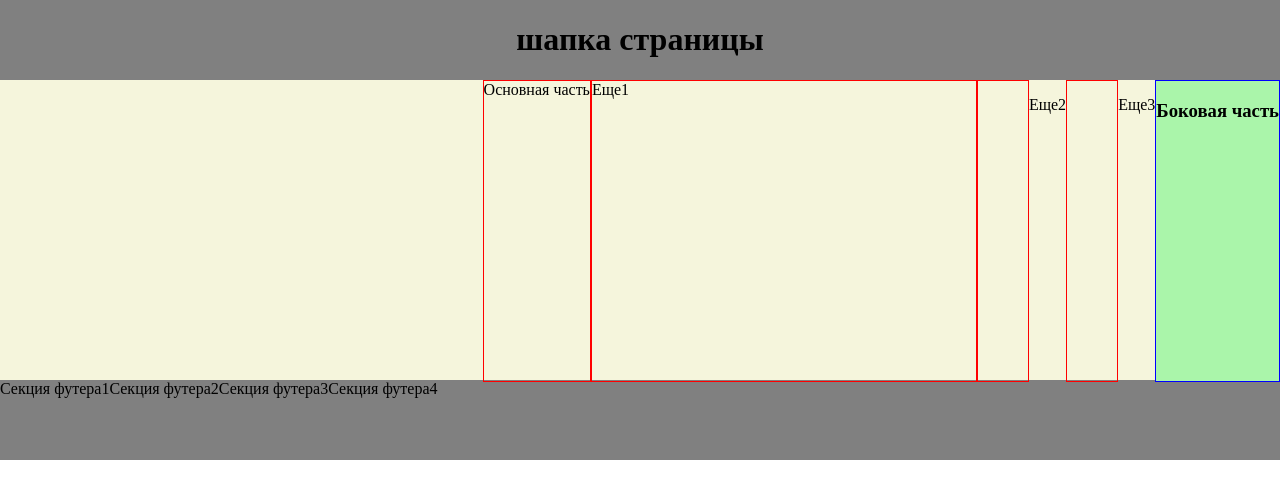
Repository: IrinaGetmanenko/week5
Page: week5/index.html
The author's editor kept a copy of each file at every save. The page is drawn from the files as they stood at one save, then again after the next save.
The browser window is 1280 px wide. The pictures show the whole page.

Above is the page before, as saved 2022-08-28 13:23:45.

After the next save:
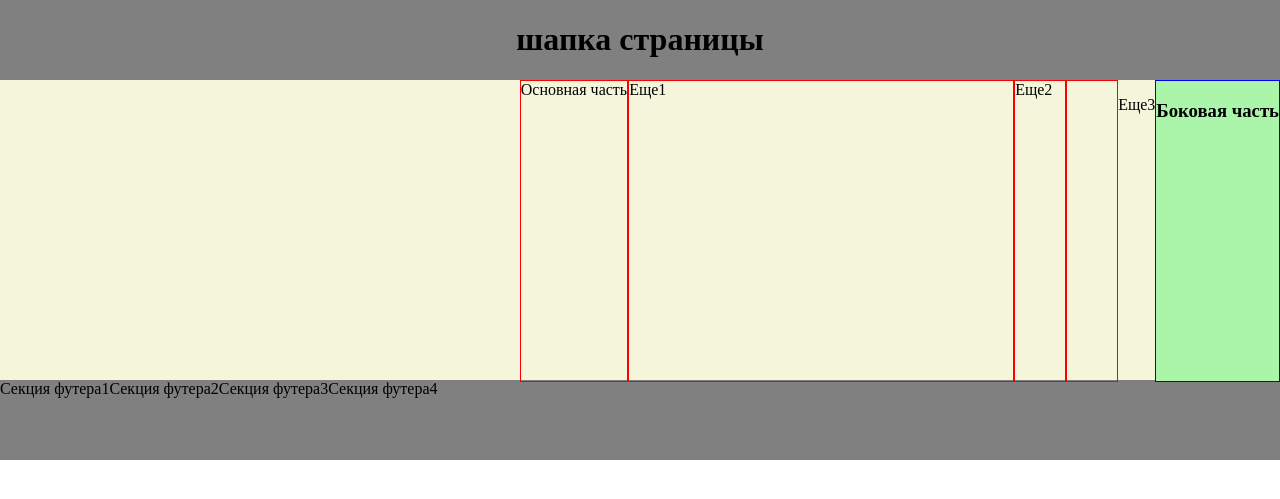
Saved 23 s later.
--- a/week5/index.html
+++ b/week5/index.html
@@ -69,10 +69,9 @@ background-color: gray;
             <div class="main">Основная часть</div>
 
         <div class="main1">Еще1</div>
-        <p></p>
 
-        <div class="main2"></div>
-        <p>Еще2</p>
+        <div class="main2">Еще2</div>
+
 
         <div class="main3"></div>
         <p>Еще3</p>
